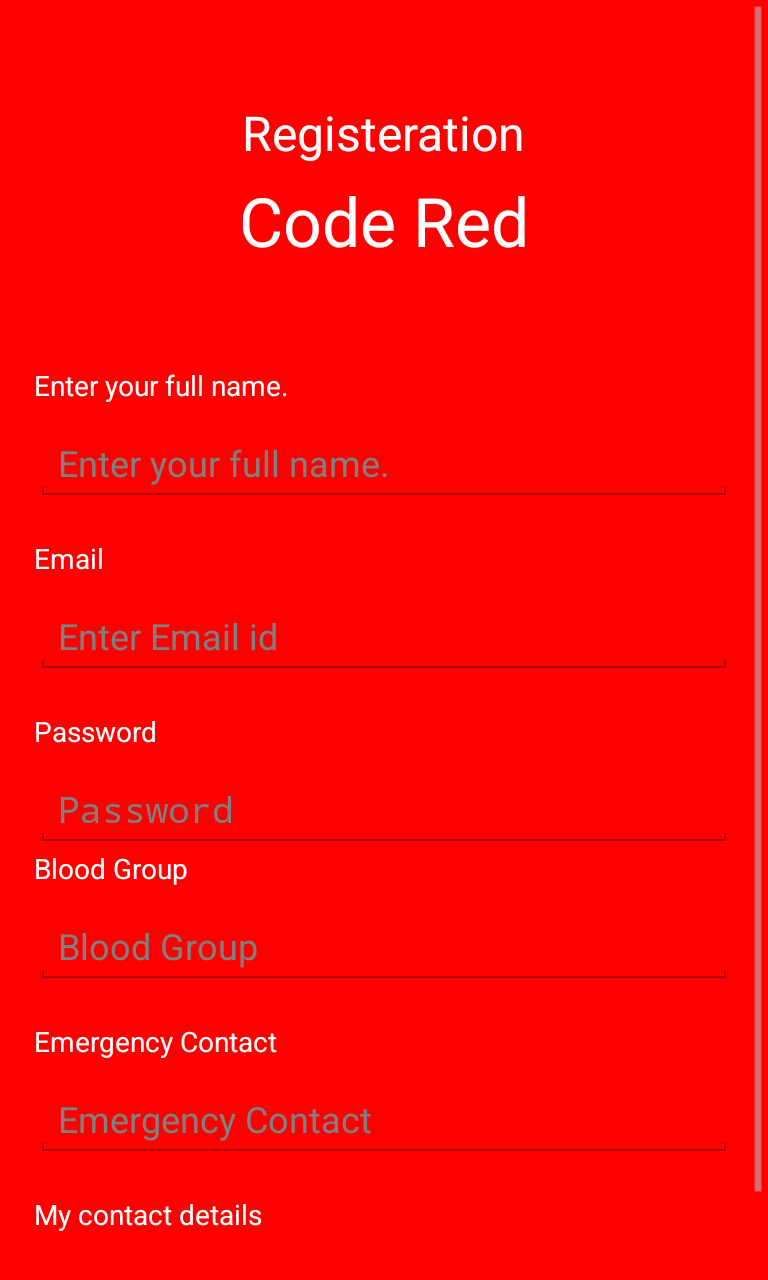
Repository: coderedteam/codered
Layout: AndroidSourceCode/CodeRed/res/layout/activity_registeration.xml
These files come from the project's save history. The layout is drawn as it stood at one moment and after the next save; the edit follows.
It is drawn on a 768 x 1280 px phone screen (xhdpi) without system bars, with theme AppTheme; the app's code is not run.

Above is the layout before, as saved 2014-11-27 11:45:00.

After the next save:
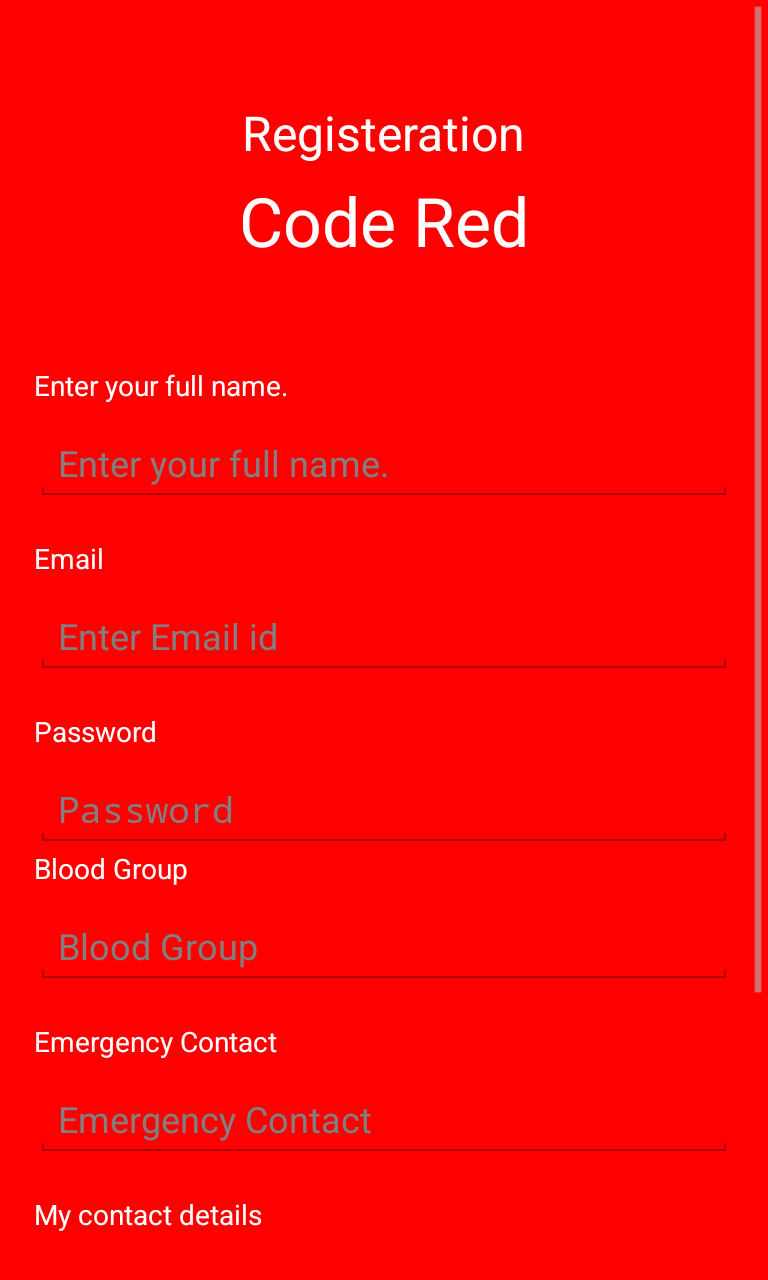
Saved 28 s later.
--- a/AndroidSourceCode/CodeRed/res/layout/activity_registeration.xml
+++ b/AndroidSourceCode/CodeRed/res/layout/activity_registeration.xml
@@ -148,6 +148,37 @@
                 android:inputType="textEmailAddress" >
             </EditText>
         </LinearLayout>
+
+
+                <LinearLayout
+            android:id="@+id/layoutButton"
+            android:layout_width="match_parent"
+            android:layout_height="wrap_content"
+            android:orientation="vertical" >
+
+            <Button
+                android:id="@+id/btnSignIn"
+                android:layout_width="match_parent"
+                android:layout_height="wrap_content"
+                android:contentDescription="@string/txtBtnSignIn"
+                android:text="@string/txtBtnSignIn" />
+
+            <LinearLayout
+                android:id="@+id/layoutSeperator"
+                android:layout_width="match_parent"
+                android:layout_height="wrap_content"
+                android:layout_marginBottom="20dp"
+                android:layout_marginTop="20dip"
+                android:orientation="horizontal" >
+            </LinearLayout>
+
+            <Button
+                android:id="@+id/btnNewAccount"
+                android:layout_width="match_parent"
+                android:layout_height="wrap_content"
+                android:contentDescription="@string/txtBtnCreateNewAccount"
+                android:text="@string/txtBtnCreateNewAccount" />
+        </LinearLayout>
     </LinearLayout>
 
 </ScrollView>
